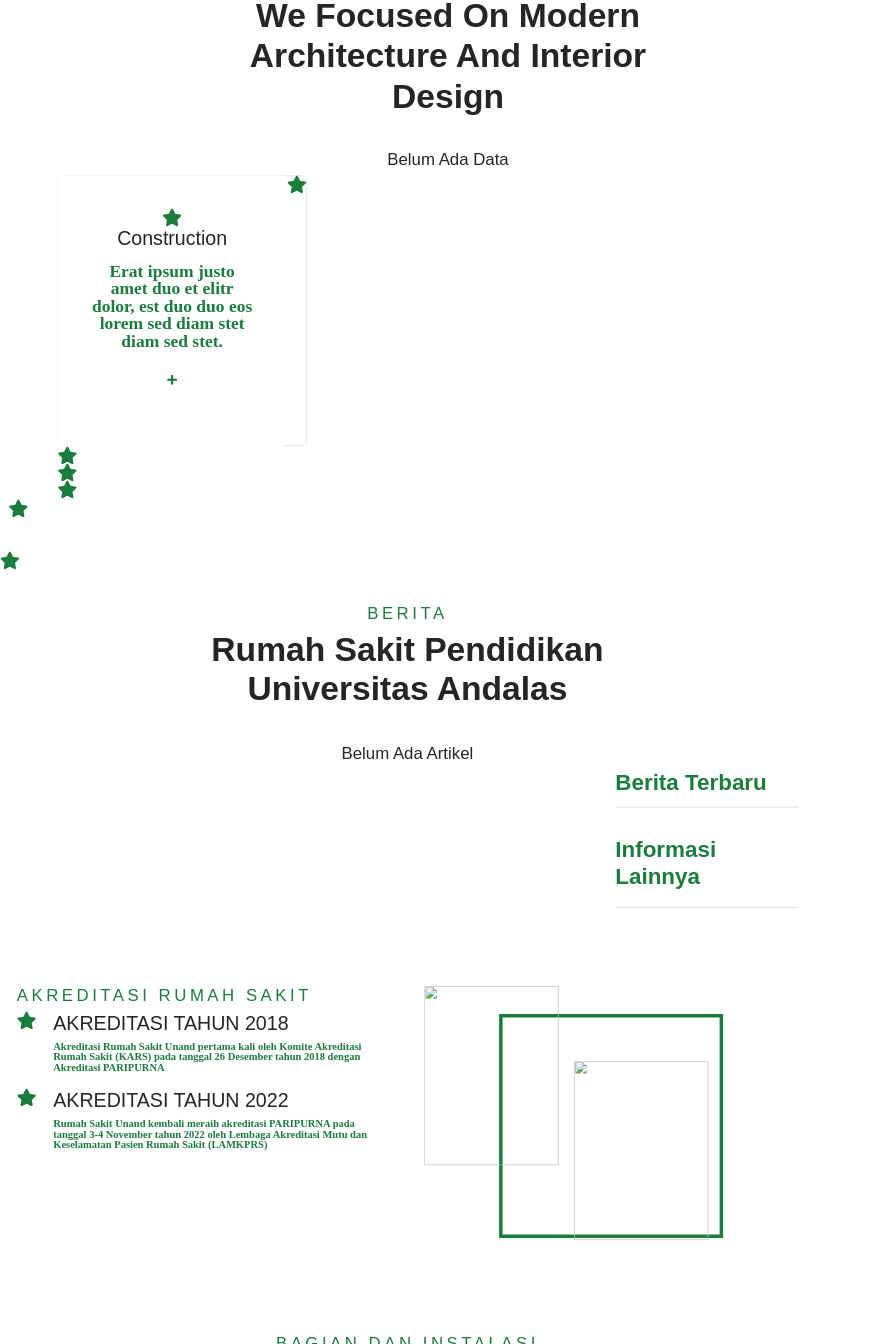
Repository: vivin-erialis/rsunand-site
Page: http://localhost/
The author's editor kept a copy of each file at every save. The page is drawn from the files as they stood at one save, then again after the next save.
The browser window is 1280 px wide. The pictures show the part of the page from y = 602 to 2522 px (the page is 4150 px tall before and 3501 px after), at 70% of full size.
Some web fonts or font styles are not loaded; a fallback is used. Some web libraries are served in a nearby version. The page is served by the project's Laravel application, run on PHP 8.4 with Laravel 12. Queries for data that is not in the repository find no rows.

Above is the page before, as saved 2024-06-10 08:27:52.
Console error: TypeError: Cannot read properties of undefined (reading 'version')

After the next save:
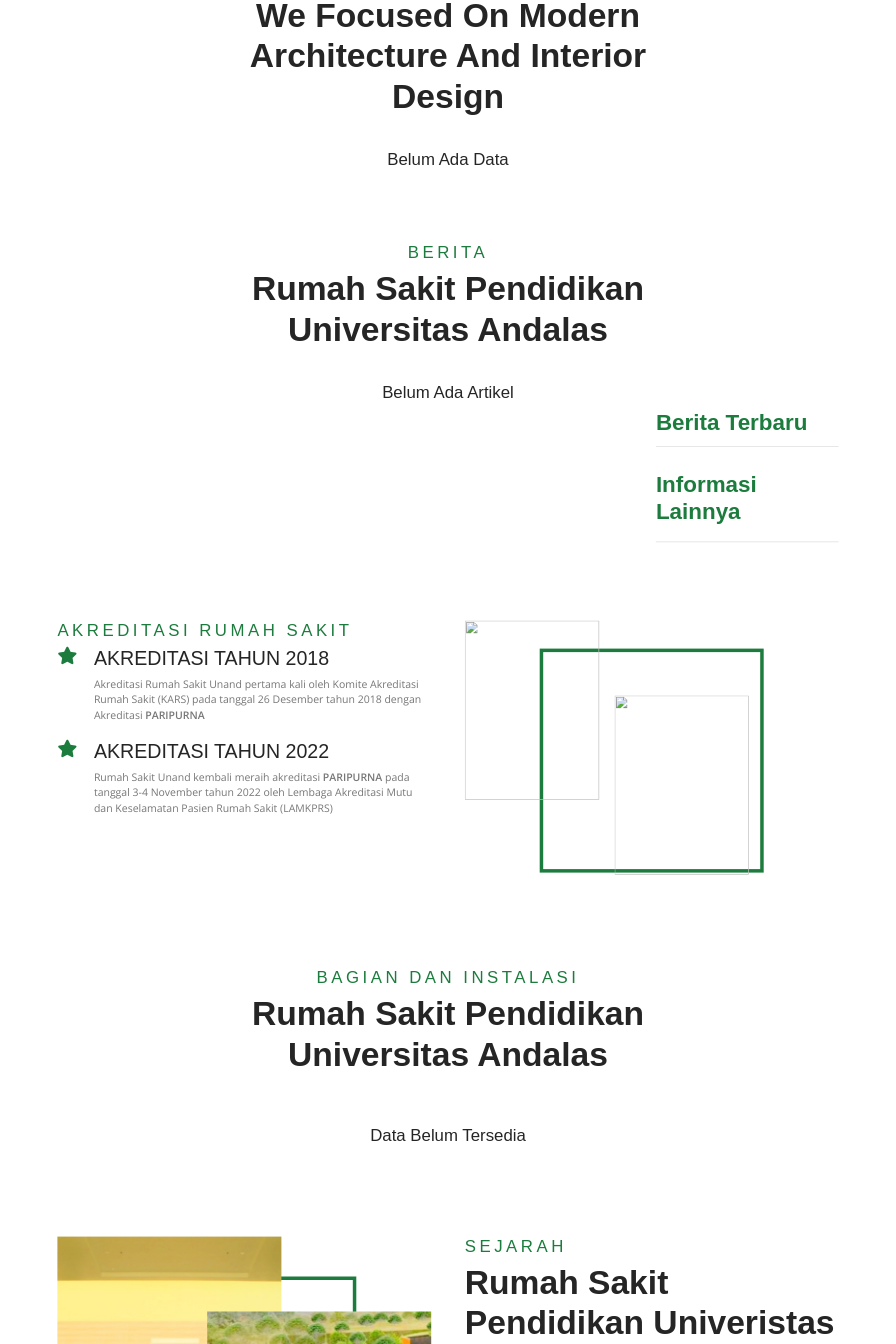
Saved 24 s later.
--- a/resources/views/Frontend/home.blade.php
+++ b/resources/views/Frontend/home.blade.php
@@ -120,6 +120,7 @@
             @if ($layanan->isEmpty())
                 <h4 class="mt-5 text-center">Belum Ada Data</h4>
             @endif
+            @foreach ($layanan as $item)
             <div class="row g-4">
                 <div class="col-lg-4 col-md-6 wow fadeInUp" data-wow-delay="0.5s">
                     <div class="service-item d-flex position-relative text-center h-100">
@@ -134,6 +135,7 @@
                     </div>
                 </div>
             </div>
+            @endforeach
         </div>
     </div>
     <!-- Service End -->
